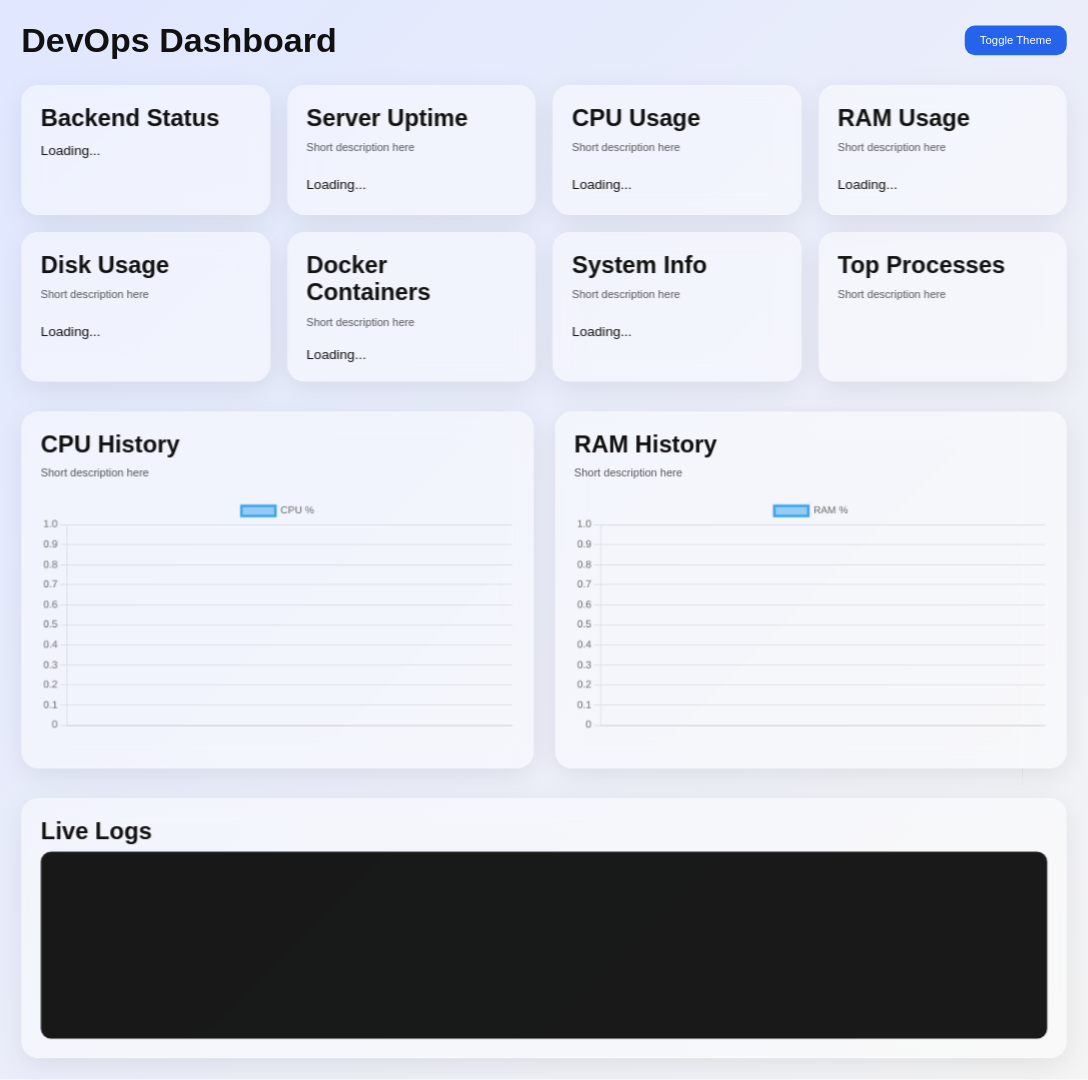
Repository: manoj-991/devops-dashboard
Page: frontend/index.html
These files come from the project's save history. The page is drawn as it stood at one moment and after a run of saves; the edit follows.
The browser window is 1280 px wide. The pictures show the whole page, at 85% of full size.
The page's requests for data from a server got no answer.

Above is the page before, as saved 2026-05-23 21:45:34.

### frontend/index.html
<!DOCTYPE html>
<html>

<head>

    <title>DevOps Dashboard</title>

    <link rel="stylesheet" href="/frontend/style.css">

    <script src="https://cdn.jsdelivr.net/npm/chart.js"></script>

</head>

<body>

    <div class="topbar">

        <h1>DevOps Dashboard</h1>

        <button onclick="toggleTheme()">
            Toggle Theme
        </button>

    </div>

    <div class="dashboard">

        <div class="card">
            <h2>Backend Status</h2>
            <p id="backend-status">Loading...</p>
        </div>

        <div class="card">
            <h2>Server Uptime</h2>
            <p class="description">
Short description here
</p>
            <p id="uptime-result">Loading...</p>
        </div>

        <div class="card">
            <h2>CPU Usage</h2>
            <p class="description">
Short description here
</p>
            <p id="cpu-result">Loading...</p>
        </div>

        <div class="card">
            <h2>RAM Usage</h2>
            <p class="description">
Short description here
</p>
            <p id="ram-result">Loading...</p>
        </div>

        <div class="card">
            <h2>Disk Usage</h2>
            <p class="description">
Short description here
</p>
            <p id="disk-result">Loading...</p>
        </div>

        <div class="card">
            <h2>Docker Containers</h2>
            <p class="description">
Short description here
</p>
            <div id="docker-result">
                Loading...
            </div>
        </div>

        <div class="card">
            <h2>System Info</h2>
            <p class="description">
Short description here
</p>
            <p id="system-result">Loading...</p>
        </div>

        <div class="card process-card">
            <h2>Top Processes</h2>
            <p class="description">
Short description here
</p>
            <div id="process-result"></div>
        </div>

    </div>

    <div class="charts">

        <div class="chart-card">
            <h2>CPU History</h2>
            <p class="description">
Short description here
</p>
            <canvas id="cpuChart"></canvas>
        </div>

        <div class="chart-card">
            <h2>RAM History</h2>
            <p class="description">
Short description here
</p>
            <canvas id="ramChart"></canvas>
        </div>

    </div>

    <div class="logs-card">

        <h2>Live Logs</h2>

        <div id="logs"></div>

    </div>

    <div id="alert-box"></div>

    <script src="/frontend/app.js"></script>

</body>

</html>

### frontend/style.css
* {

    margin: 0;
    padding: 0;
    box-sizing: border-box;
}

body {

    font-family: Arial, sans-serif;

    background:
        linear-gradient(135deg,
            #e0e7ff,
            #f4f4f4);

    color: #111;

    padding: 25px;

    transition:
        background 0.4s ease,
        color 0.4s ease;
}

body.dark {

    background:
        linear-gradient(135deg,
            #0f172a,
            #111827);

    color: white;
}

.topbar {

    display: flex;

    justify-content: space-between;

    align-items: center;

    margin-bottom: 30px;
}

.topbar h1 {

    font-size: 40px;

    font-weight: bold;
}

button {

    padding: 10px 18px;

    border: none;

    border-radius: 12px;

    cursor: pointer;

    background: #2563eb;

    color: white;

    transition:
        transform 0.2s ease,
        opacity 0.2s ease;
}

button:hover {

    transform: scale(1.05);

    opacity: 0.9;
}

.dashboard {

    display: grid;

    grid-template-columns:
        repeat(auto-fit, minmax(250px, 1fr));

    gap: 20px;
}

.card,
.chart-card,
.logs-card {

    position: relative;

    padding: 22px;

    border-radius: 20px;

    background:
        rgba(255, 255, 255, 0.45);

    backdrop-filter: blur(15px);

    border:
        1px solid rgba(255, 255, 255, 0.2);

    box-shadow:
        0 8px 32px rgba(0, 0, 0, 0.08);

    transition:
        transform 0.25s ease,
        box-shadow 0.25s ease;
}

body.dark .card,
body.dark .chart-card,
body.dark .logs-card {

    background:
        rgba(30, 41, 59, 0.45);

    border:
        1px solid rgba(255, 255, 255, 0.08);
}

.card:hover,
.chart-card:hover,
.logs-card:hover {

    transform: translateY(-5px);

    box-shadow:
        0 14px 30px rgba(0, 0, 0, 0.12);
}

.card h2,
.chart-card h2,
.logs-card h2 {

    margin-bottom: 8px;

    font-size: 28px;
}

.description {

    font-size: 13px;

    opacity: 0.7;

    margin-bottom: 18px;

    line-height: 1.5;
}

.metric {

    font-size: 32px;

    font-weight: bold;
}

.dashboard p {

    line-height: 1.7;
}

.charts {

    margin-top: 35px;

    display: grid;

    grid-template-columns:
        repeat(auto-fit, minmax(450px, 1fr));

    gap: 25px;
}

.chart-card {

    min-height: 420px;
}

.logs-card {

    margin-top: 35px;
}

#logs {

    background: rgba(0, 0, 0, 0.9);

    color: #00ff90;

    border-radius: 12px;

    padding: 18px;

    font-family: monospace;

    height: 220px;

    overflow-y: auto;

    line-height: 1.6;
}

.process-card {

    max-height: 300px;

    overflow-y: auto;
}

.process-card::-webkit-scrollbar {

    width: 8px;
}

.process-card::-webkit-scrollbar-thumb {

    background: rgba(100, 100, 100, 0.4);

    border-radius: 10px;
}

#alert-box {

    position: fixed;

    top: 25px;
    right: 25px;

    background: #ef4444;

    color: white;

    padding: 16px 24px;

    border-radius: 14px;

    font-weight: bold;

    display: none;

    box-shadow:
        0 8px 25px rgba(0, 0, 0, 0.2);

    animation:
        fadeIn 0.3s ease;
}

@keyframes fadeIn {

    from {

        opacity: 0;
        transform: translateY(-10px);
    }

    to {

        opacity: 1;
        transform: translateY(0);
    }
}

canvas {

    margin-top: 15px !important;
}

### frontend/app.js
const cpuChart = new Chart(
    document.getElementById("cpuChart"),
    {
        type: "line",

        data: {
            labels: [],
            datasets: [{
                label: "CPU %",
                data: []
            }]
        }
    }
);

const ramChart = new Chart(
    document.getElementById("ramChart"),
    {
        type: "line",

        data: {
            labels: [],
            datasets: [{
                label: "RAM %",
                data: []
            }]
        }
    }
);

async function fetchData(url) {

    const response = await fetch(url);

    return await response.json();
}

function toggleTheme() {

    document.body.classList.toggle("dark");
}

function showAlert(message) {

    const alertBox =
        document.getElementById("alert-box");

    alertBox.innerText = message;

    alertBox.style.display = "block";

    setTimeout(() => {

        alertBox.style.display = "none";

    }, 3000);
}

async function loadCharts() {

    try {

        const cpuHistory =
            await fetchData("/api/cpu-history");

        cpuChart.data.labels =
            cpuHistory.map(x => x.time);

        cpuChart.data.datasets[0].data =
            cpuHistory.map(x => x.value);

        cpuChart.update();

    } catch (err) {

        console.log(err);
    }

    try {

        const ramHistory =
            await fetchData("/api/ram-history");

        ramChart.data.labels =
            ramHistory.map(x => x.time);

        ramChart.data.datasets[0].data =
            ramHistory.map(x => x.value);

        ramChart.update();

    } catch (err) {

        console.log(err);
    }
}

async function loadDashboard() {

    try {

        const health =
            await fetchData("/api/health");

        document.getElementById(
            "backend-status"
        ).innerText = health.status;

    } catch (err) {

        console.log(err);
    }

    try {

        const uptime =
            await fetchData("/api/uptime");

        document.getElementById(
            "uptime-result"
        ).innerText = uptime.uptime;

    } catch (err) {

        console.log(err);
    }

    try {

        const cpu =
            await fetchData("/api/cpu");

        document.getElementById(
            "cpu-result"
        ).innerText = cpu.cpu;

        const cpuValue =
            parseFloat(cpu.cpu);

        if (cpuValue > 80) {

            showAlert("HIGH CPU");
        }

    } catch (err) {

        console.log(err);
    }

    try {

        const ram =
            await fetchData("/api/ram");

        document.getElementById(
            "ram-result"
        ).innerText = ram.ram;

        const ramValue =
            parseFloat(ram.ram);

        if (ramValue > 80) {

            showAlert("HIGH RAM");
        }

    } catch (err) {

        console.log(err);
    }

    try {

        const disk =
            await fetchData("/api/disk");

        document.getElementById(
            "disk-result"
        ).innerText = disk.disk;

    } catch (err) {

        console.log(err);
    }

    try {

        const system =
            await fetchData("/api/system");

        document.getElementById(
            "system-result"
        ).innerHTML =
            `
${system.hostname}<br>
${system.platform}
`;

    } catch (err) {

        console.log(err);
    }

    try {

        const processes =
            await fetchData("/api/processes");

        let html = "";

        processes.forEach(proc => {

            html += `
<p>
${proc.name}<br>
CPU: ${proc.cpu.toFixed(2)}%
</p>
`;
        });

        document.getElementById(
            "process-result"
        ).innerHTML = html;

    } catch (err) {

        console.log(err);
    }

    try {

        const containers =
            await fetchData("/api/docker");

        let html = "";

        containers.forEach(container => {

            html += `
<div style="margin-bottom:15px">

<strong>${container.name}</strong><br>

Image:
${container.image}<br>

State:
${container.state}<br>

Status:
${container.status}

</div>
`;
        });

        document.getElementById(
            "docker-result"
        ).innerHTML = html;

    } catch (err) {

        console.log(err);
    }

    try {

        const logs =
            await fetchData("/api/logs");

        document.getElementById(
            "logs"
        ).innerText = logs.logs;

    } catch (err) {

        console.log(err);
    }

    await loadCharts();
}

loadDashboard();

setInterval(loadDashboard, 3000);

After the next 2 saves:
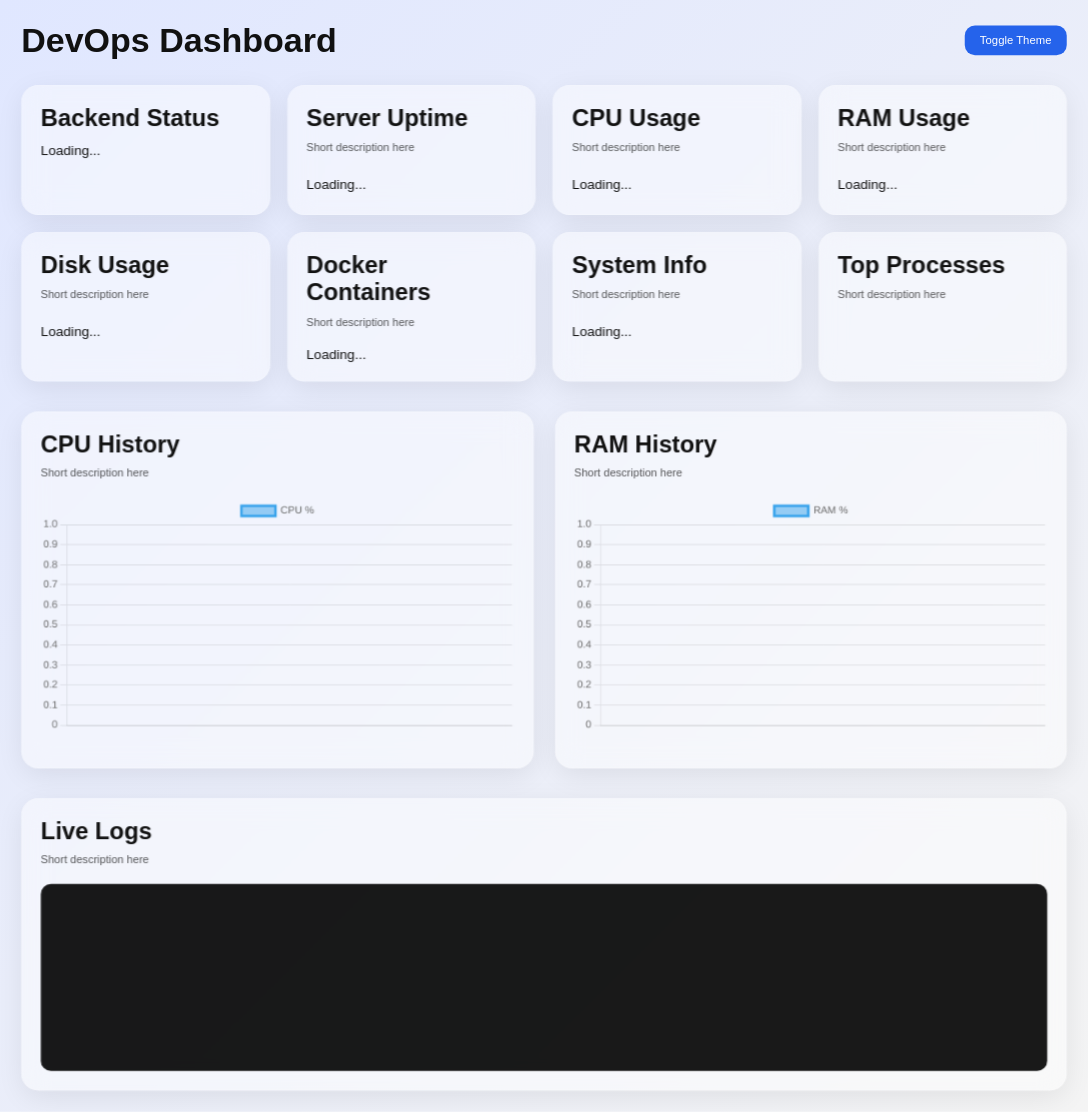
The 2 saves are shown as one change because they came seconds apart.
The last was saved 5 s later.
--- a/frontend/index.html
+++ b/frontend/index.html
@@ -33,40 +33,40 @@
         <div class="card">
             <h2>Server Uptime</h2>
             <p class="description">
-Short description here
-</p>
+                Short description here
+            </p>
             <p id="uptime-result">Loading...</p>
         </div>
 
         <div class="card">
             <h2>CPU Usage</h2>
             <p class="description">
-Short description here
-</p>
+                Short description here
+            </p>
             <p id="cpu-result">Loading...</p>
         </div>
 
         <div class="card">
             <h2>RAM Usage</h2>
             <p class="description">
-Short description here
-</p>
+                Short description here
+            </p>
             <p id="ram-result">Loading...</p>
         </div>
 
         <div class="card">
             <h2>Disk Usage</h2>
             <p class="description">
-Short description here
-</p>
+                Short description here
+            </p>
             <p id="disk-result">Loading...</p>
         </div>
 
         <div class="card">
             <h2>Docker Containers</h2>
             <p class="description">
-Short description here
-</p>
+                Short description here
+            </p>
             <div id="docker-result">
                 Loading...
             </div>
@@ -75,16 +75,16 @@ Short description here
         <div class="card">
             <h2>System Info</h2>
             <p class="description">
-Short description here
-</p>
+                Short description here
+            </p>
             <p id="system-result">Loading...</p>
         </div>
 
         <div class="card process-card">
             <h2>Top Processes</h2>
             <p class="description">
-Short description here
-</p>
+                Short description here
+            </p>
             <div id="process-result"></div>
         </div>
 
@@ -95,16 +95,16 @@ Short description here
         <div class="chart-card">
             <h2>CPU History</h2>
             <p class="description">
-Short description here
-</p>
+                Short description here
+            </p>
             <canvas id="cpuChart"></canvas>
         </div>
 
         <div class="chart-card">
             <h2>RAM History</h2>
             <p class="description">
-Short description here
-</p>
+                Short description here
+            </p>
             <canvas id="ramChart"></canvas>
         </div>
 
@@ -113,6 +113,9 @@ Short description here
     <div class="logs-card">
 
         <h2>Live Logs</h2>
+        <p class="description">
+            Short description here
+        </p>
 
         <div id="logs"></div>
 
